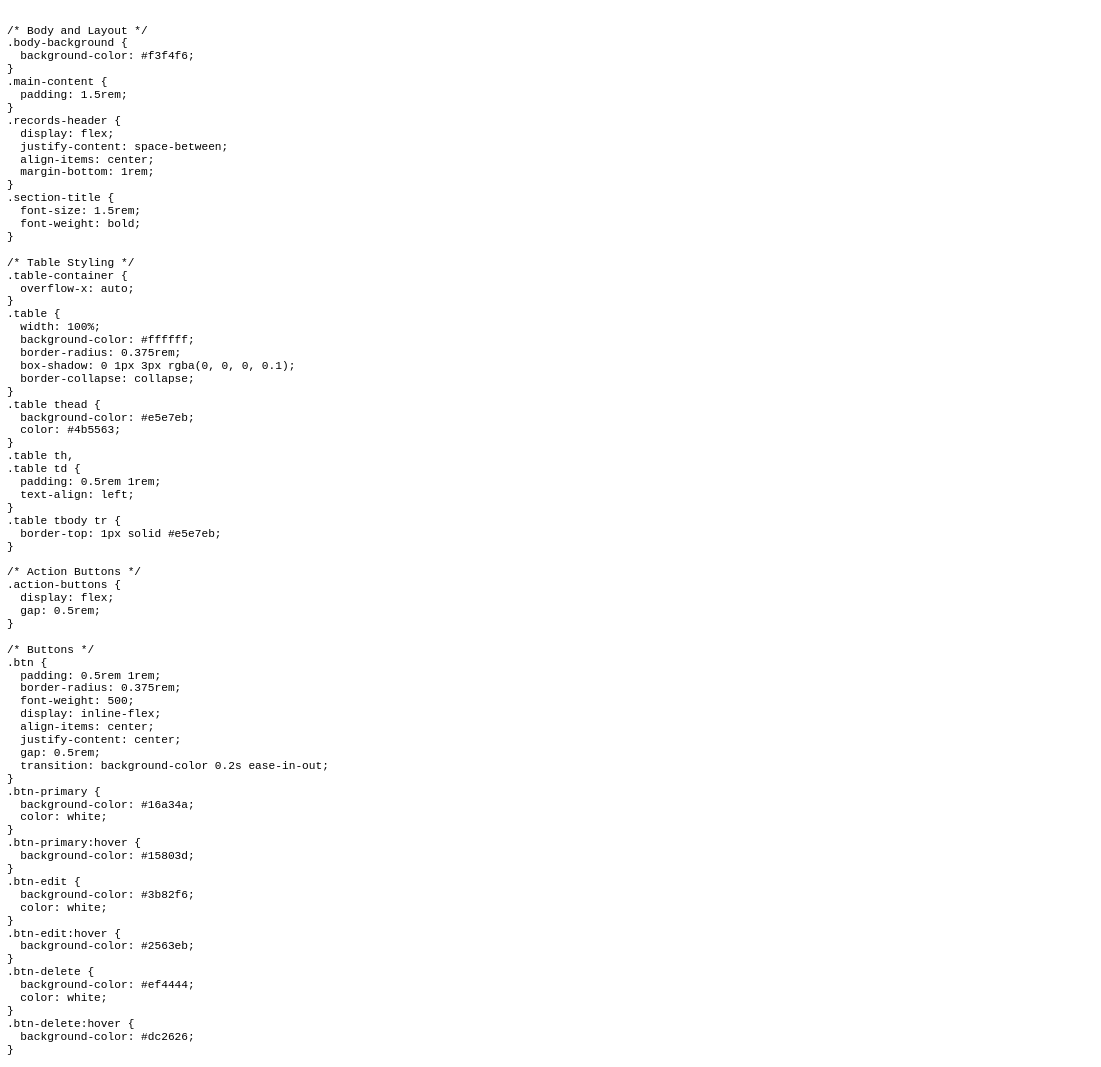
Repository: BinuriJ/HospitalSystem
Page: http://localhost/CyborgSys/CSS/DoctoerDashboardCss.jsp
These files come from the project's save history. The page is drawn as it stood at one moment and after the next save; the edit follows.
The browser window is 1280 px wide. The pictures show the whole page, at 86% of full size.
The page is served by Tomcat 9.

Above is the page before, as saved 2025-05-09 16:19:46.

After the next save:
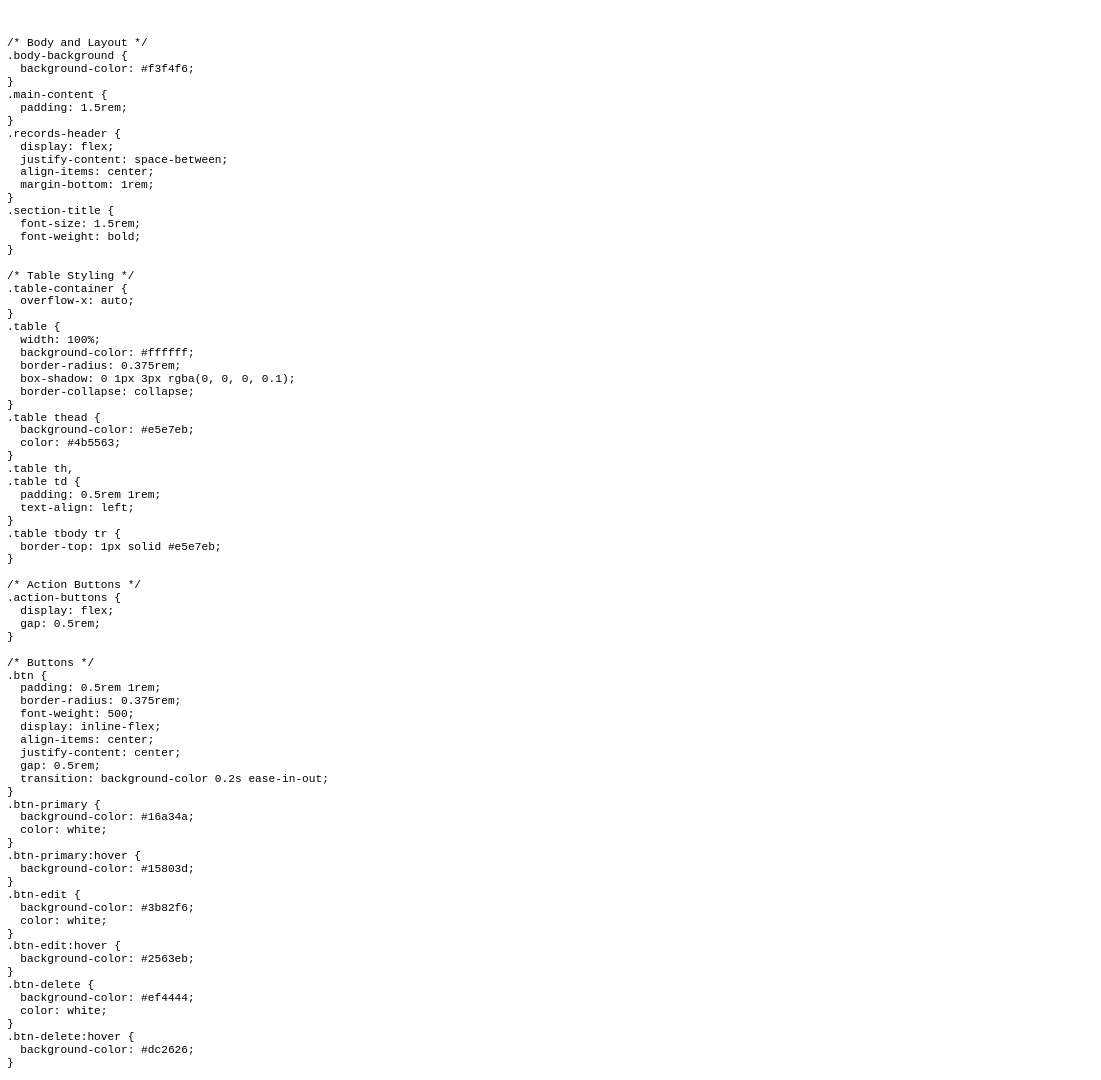
Saved 2 min 22 s later.
--- a/CyborgSys/WebContent/CSS/DoctoerDashboardCss.jsp
+++ b/CyborgSys/WebContent/CSS/DoctoerDashboardCss.jsp
@@ -1,4 +1,10 @@
-<%@ page contentType="text/css" %>
+<%@ page contentType="text/css" pageEncoding="UTF-8" trimDirectiveWhitespaces="true" %>
+<%
+    response.setHeader("Cache-Control", "no-cache");
+    response.setHeader("Pragma", "no-cache");
+    response.setDateHeader("Expires", 0);
+%>
+
 /* Body and Layout */
 .body-background {
   background-color: #f3f4f6;
